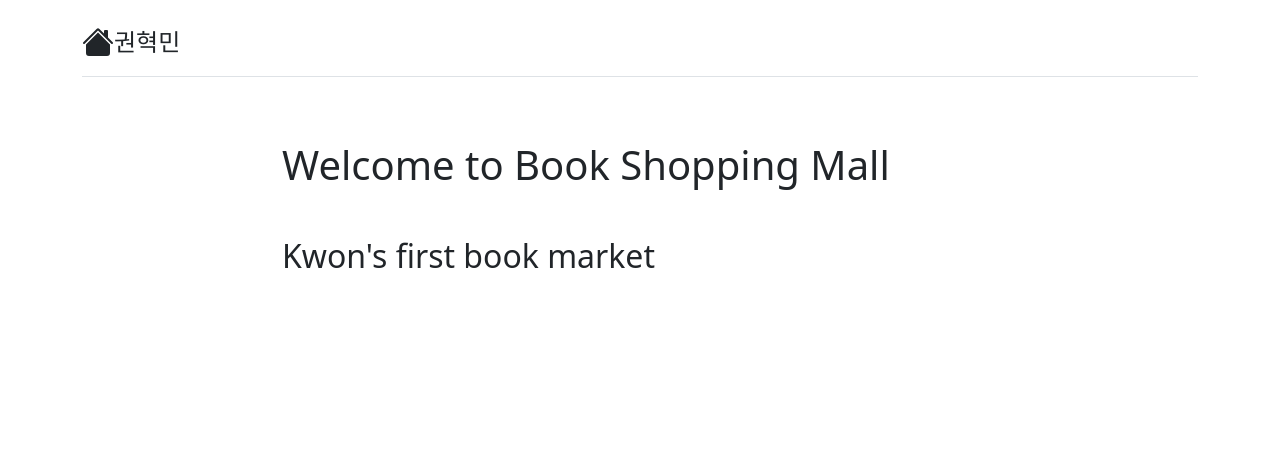
Repository: minn0701/JSP-Webbprogramming
Page: http://localhost/BookMarket/Welcome.jsp
An editor plug-in stored every save of this project. The page is shown before and after the next save, followed by the edit.
The browser window is 1280 px wide. The pictures show the whole page.
The page is served by Tomcat 9.

Above is the page before, as saved 2024-03-20 12:29:03.

### BookMarket/src/main/webapp/Welcome.jsp
<%@ page language="java" contentType="text/html; charset=EUC-KR"
    pageEncoding="EUC-KR"%>
<!DOCTYPE html>
<html>
<head>
    <link href="https://cdn.jsdelivr.net/npm/bootstrap@5.3.0-alpha1/dist/css/bootstrap.min.css" rel="stylesheet">
	<title>Welcome</title>
</head>
<body>

<%! String greet = "Welcome to Book Shopping Mall";
	String introduce = "Kwon's first book market"; %>

	<style>
		.left {
		padding-left: 200px;
		}
	</style>

<div class="container py-4">
    <header class="pb-3 mb-4 border-bottom"> <%-- 줄 만드는거 --%>
      <a href="./welcome.jsp" class="d-flex align-items-center text-dark text-decoration-none">

      <svg  width="32" height="32" fill="currentColor" class="bi bi-house-fill" viewBox="0 0 16 16">
  			<path d="M8.707 1.5a1 1 0 0 0-1.414 0L.646 8.146a.5.5 0 0 0 .708.708L8 2.207l6.646 6.647a.5.5 0 0 0 .708-.708L13 5.793V2.5a.5.5 0 0 0-.5-.5h-1a.5.5 0 0 0-.5.5v1.293L8.707 1.5Z"/>
  			<path d="m8 3.293 6 6V13.5a1.5 1.5 0 0 1-1.5 1.5h-9A1.5 1.5 0 0 1 2 13.5V9.293l6-6Z"/>
		</svg>   <%-- 집모양 아이콘 --%>

        <span class="fs-4"> 권혁민</span>

        </a>

</div>

<div class="container py-10">


      <p><h1 class="left"><%= greet %> </h1><p><br>
      <h2 class="left"><%= introduce %> </h2>




</div>




</body>

After the next save:
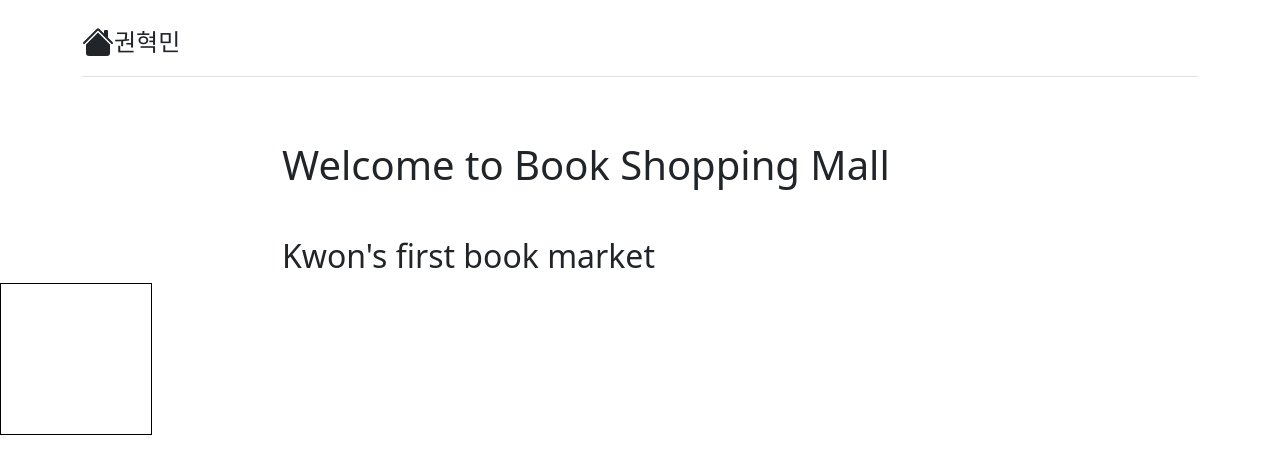
Saved 64 s later.
--- a/BookMarket/src/main/webapp/Welcome.jsp
+++ b/BookMarket/src/main/webapp/Welcome.jsp
@@ -38,11 +38,9 @@
       <p><h1 class="left"><%= greet %> </h1><p><br>
       <h2 class="left"><%= introduce %> </h2>
 
-
-
-
 </div>
 
+<canvas id="myCanvas" width="150" height="150" style="border:1px solid black;"></canvas>
 
 
 
